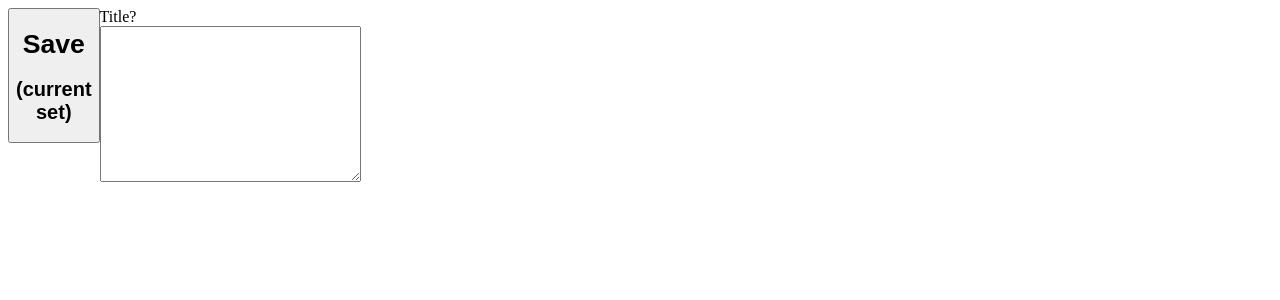
Repository: pixman92/GitTab
Page: popup.html
An editor plug-in stored every save of this project. The page is shown before and after the next save, followed by the edit.
The browser window is 1280 px wide. The pictures show the whole page.

Above is the page before, as saved 2020-01-24 13:37:24.

After the next save:
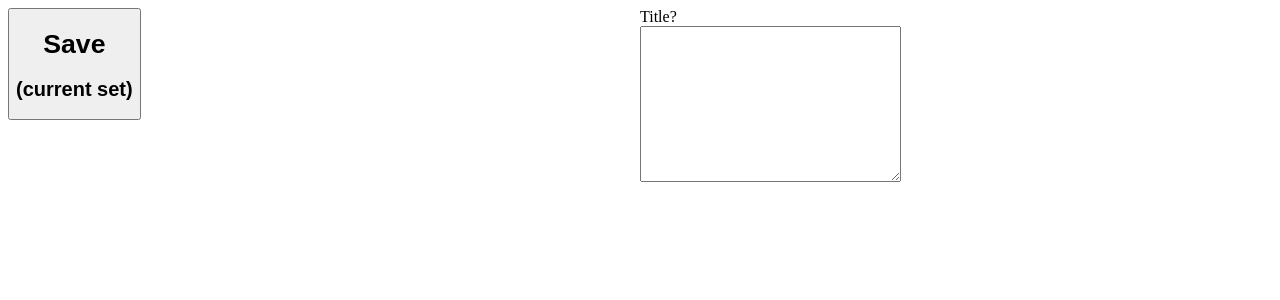
Saved 9 s later.
--- a/popup.html
+++ b/popup.html
@@ -14,7 +14,7 @@ showing the different commands -->
     <style>
         .grid1{
             display: grid;
-            grid-template-columns: 0fr .2fr;
+            grid-template-columns: 1fr 1fr;
         }
         .grid2{
             display: grid;
